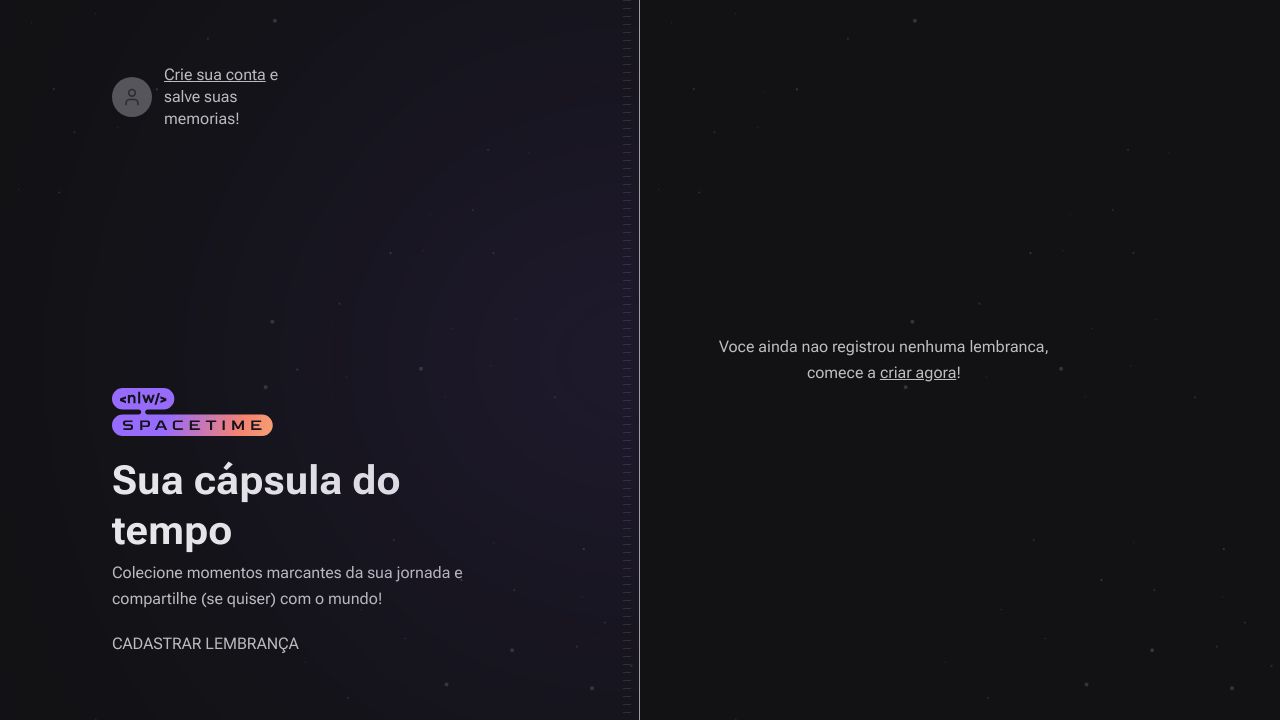
Repository: viniimartins/NLWSpacetime
Page: /
An editor plug-in stored every save of this project. The page is shown before and after a run of saves, followed by the edit.
The browser window is 1280 px wide. The pictures show the whole page.
Some web fonts or font styles are not loaded; a fallback is used. The project was rebuilt for these pictures with package versions that can differ from the ones it lists, and the page was loaded fresh each time. The framework's server and built-in components were replaced by stand-ins that run in the browser. Also part of the build but not shown: next.config.js.

Above is the page before, as saved 2023-05-28 20:17:59.

### src/app/layout.tsx
import React from "react";
import "./globals.css";
import {
  Roboto_Flex as Roboto,
  Bai_Jamjuree as BaiJamjuree,
} from "next/font/google";

const roboto = Roboto({ subsets: ["latin"], variable: "--font-roboto" });
const baiJamjuree = BaiJamjuree({
  subsets: ["latin"],
  weight: "700",
  variable: "--font-bai-Jamjuree",
});

export const metadata = {
  title: "NLW Spacetime",
  description:
    "Uma cápsula do tempo contruido com REact, Next.js, TailwindCSS e TypeScript",
};

export default function RootLayout({
  children,
}: {
  children: React.ReactNode;
}) {
  return (
    <html lang="en">
      <body
        className={`${roboto.variable}  ${baiJamjuree.variable} bg-gray-900 font-sans text-gray-100`}
      >
        {children}
      </body>
    </html>
  );
}

### src/app/page.tsx
import { User } from "lucide-react";
import Image from "next/image";
import nlwLogo from "../assets/nlw-spacetime-logo.svg";

export default function Home() {
  return (
    <main className="grid min-h-screen grid-cols-2">
      {/* Left*/}
      <div className=" border-white/10 bg-cover relative flex flex-col items-start justify-between overflow-hidden border-r bg-[url(../assets/bg-stars.svg)] px-28 py-16">
        {/* Blur*/}
        <div className="absolute right-0 top-1/2 h-[288px] w-[526px] -translate-y-1/2 translate-x-1/2 rounded-full bg-purple-700 opacity-50 blur-full" />

        {/* Stripes*/}
        <div className="absolute bottom-0 right-2 top-0 w-2 bg-stripes" />

        {/* Sign In*/}

        <a
          href=""
          className="flex items-center gap-3 text-left transition-colors hover:text-gray-50"
        >
          <div className="flex h-10 w-10 items-center justify-center rounded-full bg-gray-400">
            <User className="h-5 w-5 text-gray-500" />
          </div>

          <p className="text-sm max-w-[140px] leading-snug">
            <span className="underline">Crie sua conta</span> e salve suas
            memorias!
          </p>
        </a>

        {/* Hero */}

        <div className="space-y-5">
          <Image src={nlwLogo} alt="NLW Spacetime" />

          <div className="max-w-[420px] space-y-1">
            <h1 className="text-5xl font-bold leading-tight text-gray-50">
              Sua cápsula do tempo
            </h1>
            <p className="text-lg leading-relaxed">
              Colecione momentos marcantes da sua jornada e compartilhe (se
              quiser) com o mundo!
            </p>
          </div>

          <a className="inline-block" href="">
            CADASTRAR LEMBRANÇA
          </a>
        </div>
      </div>

      {/* Right*/}
      <div className="bg-cover bg-cover flex flex-col bg-[url(../assets/bg-stars.svg)] p-16">
        <div className="justift-center flex flex-1 items-center">
          <p className="w-[360px] text-center leading-relaxed">
            Voce ainda nao registrou nenhuma lembranca, comece a{" "}
            <a href="" className="underline hover:text-gray-50">
              criar agora
            </a>
            !
          </p>
        </div>
      </div>
    </main>
  );
}

### src/app/globals.css
@tailwind base;
@tailwind components;
@tailwind utilities;

body {
  -webkit-font-smoothing: antiliased;
  text-rendering: optimizeLegibility;
}

### tailwind.config.js
/** @type {import('tailwindcss').Config} */
module.exports = {
  content: [
    './src/pages/**/*.{js,ts,jsx,tsx,mdx}',
    './src/components/**/*.{js,ts,jsx,tsx,mdx}',
    './src/app/**/*.{js,ts,jsx,tsx,mdx}',
  ],
  theme: {
    extend: {
      fontFamily: {
        sans: 'var(--font-roboto)',
        alt: 'var(--font-bai-jamjuree)'
      }
    },


    colors: {
      gray: {
        50: '#eaeaea',
        100: '#bebebf',
        200: '#9e9ea0',
        300: '#727275',
        400: '#56565a',
        500: '#2c2c31',
        600: '#28282d',
        700: '#1f1f23',
        800: '#18181b',
        900: '#121215',
      },
      purple: {
        50: '#f3eefc',
        100: '#d8cbf7',
        200: '#c6b2f3',
        300: '#ab8eee',
        400: '#9b79ea',
        500: '#8257e5',
        600: '#764fd0',
        700: '#5c3ea3',
        800: '#48307e',
        900: '#372560',
      },
      green: {
        50: '#e6fbef',
        100: '#b1f1ce',
        200: '#8cebb6',
        300: '#57e295',
        400: '#36dc81',
        500: '#04d361',
        600: '#04c058',
        700: '#039645',
        800: '#027435',
        900: '#025929',
      },
    },


    backgroundImage: {
      stripes: 'linear-gradient(to bottom, rgba(255, 255, 255, 0.1), rgba(255, 255, 255, 0.1) 12.5%, transparent 12.5%, transparent)',
    },

    backgroundSize: {
      stripes: '100% 8px',
    },


    fontSize: {
      '5xl': '2.5rem',
    },

    blur: {
      full: '194px',
    }
  },
  plugins: [],
}

After the next 6 saves:
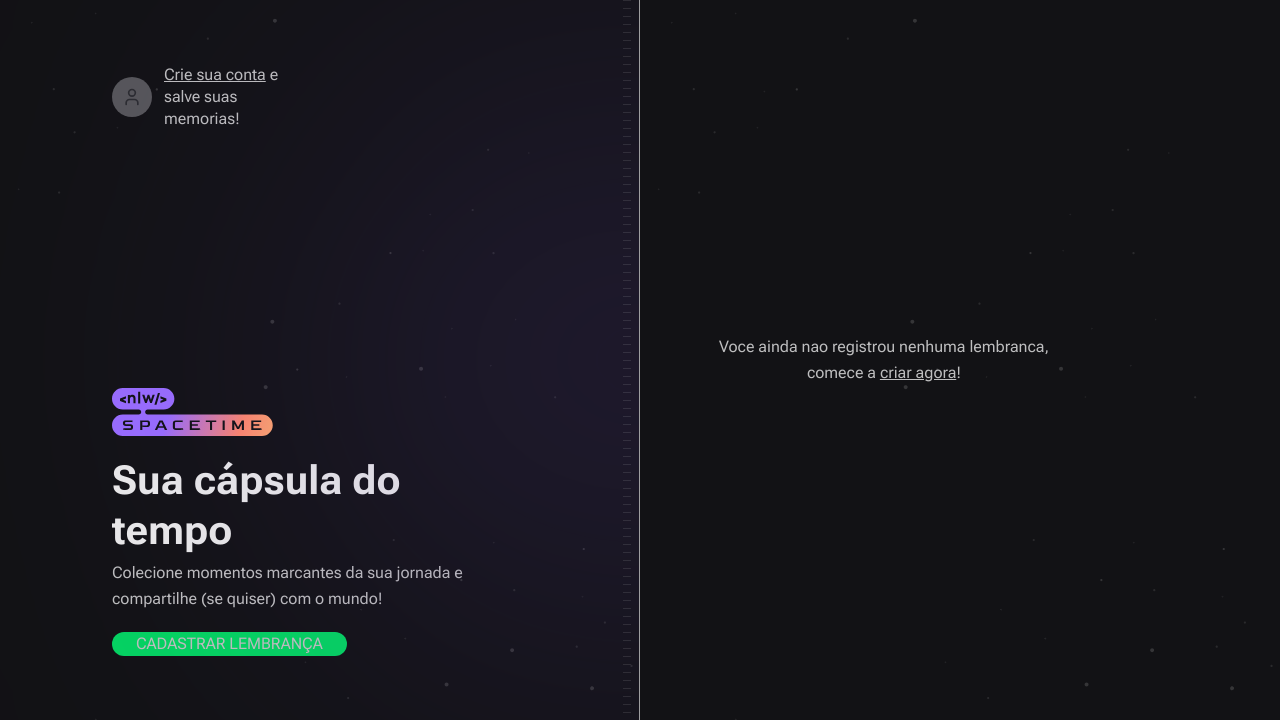
The 6 saves are shown as one change because they came seconds apart.
The last was saved 26 s later.
--- a/src/app/page.tsx
+++ b/src/app/page.tsx
@@ -44,7 +44,7 @@ export default function Home() {
             </p>
           </div>
 
-          <a className="inline-block" href="">
+          <a className="inline-block rounded-full bg-green-500 px-6" href="">
             CADASTRAR LEMBRANÇA
           </a>
         </div>
